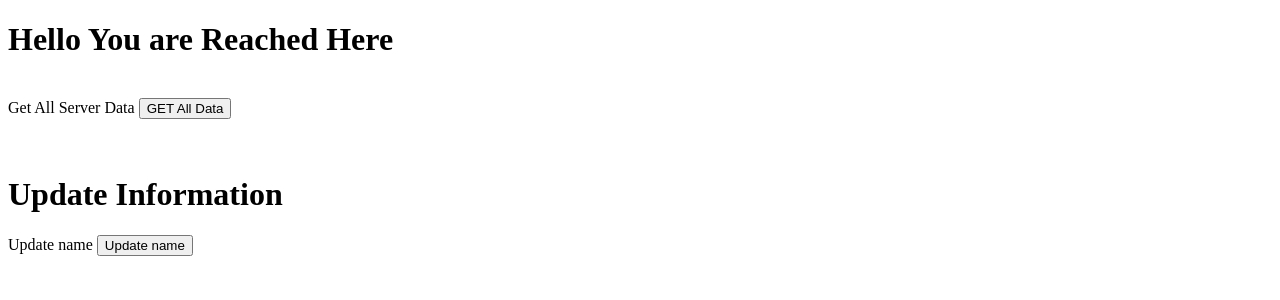
Repository: gadgeswapnil11/Vaulty
Page: http://localhost/ServeletCRUDOprations/Success.jsp
The author's editor kept a copy of each file at every save. The page is drawn from the files as they stood at one save, then again after the next save.
The browser window is 1280 px wide. The pictures show the whole page.
The page is served by Tomcat 9. Other server files are loaded and not shown.

Above is the page before, as saved 2023-12-20 12:22:20.

### ServeletCRUDOprations/src/main/webapp/Success.jsp
<%@ page language="java" contentType="text/html; charset=UTF-8"
	pageEncoding="UTF-8"%>
<!DOCTYPE html>
<html>
<head>
<meta charset="UTF-8">
<title>Insert title here</title>
</head>
<body>
	<h1>Hello You are Reached Here</h1>
	<br>
	<form action="getAll">
		Get All Server Data <input type="Submit" value="GET All Data">
	</form>


		<br>
		<br>

		<h1>Update Information</h1>

	<form action="update">
		Update name <input type="Submit" value="Update name">
	</form>

		<br>
		<br>

</body>
</html>

After the next save:
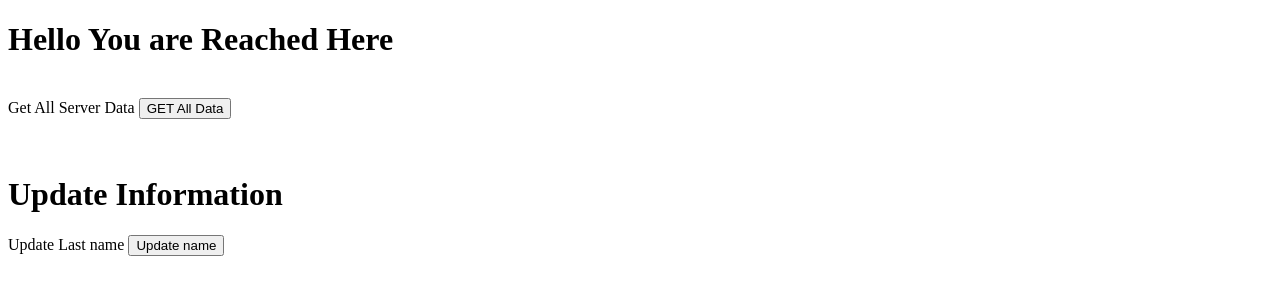
Saved 7 s later.
--- a/ServeletCRUDOprations/src/main/webapp/Success.jsp
+++ b/ServeletCRUDOprations/src/main/webapp/Success.jsp
@@ -20,7 +20,7 @@
 		<h1>Update Information</h1>
 
 	<form action="update">
-		Update name <input type="Submit" value="Update name">
+		Update Last name <input type="Submit" value="Update name">
 	</form>
 
 		<br>
